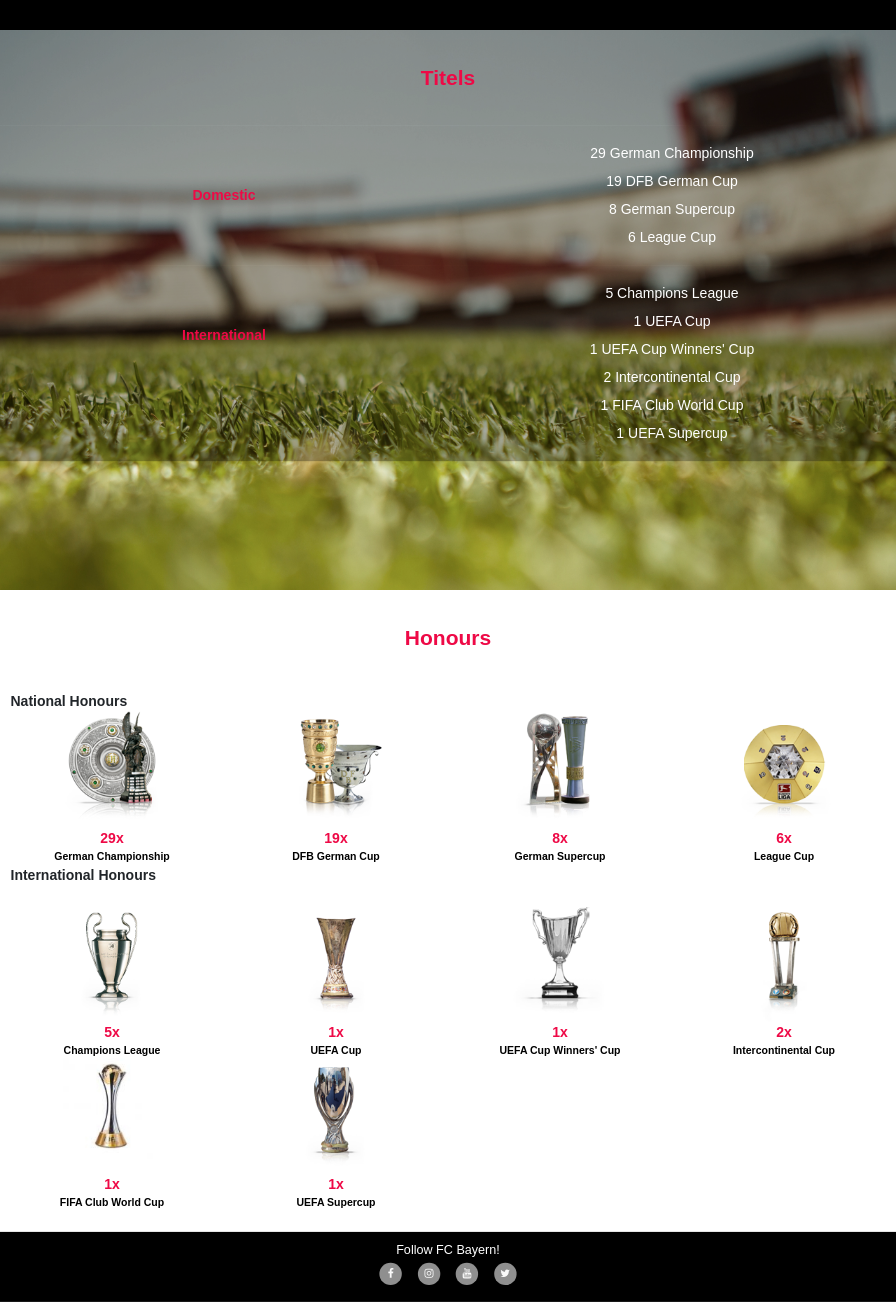
Repository: Code-Institute-Submissions/alnibo-milestone-project-1
Page: about.html
The author's editor kept a record of every edit. The page is drawn from the files as they stood at one moment, then again after the next edit.
The browser window is 1280 px wide. The pictures show the part of the page from y = 957 to 2877 px (the page is 2817 px tall before and 2877 px after), at 70% of full size.
Backgrounds fixed to the window are drawn as part of the page. Some web fonts or font styles are not loaded; a fallback is used.

Above is the page before.

After the next edit:
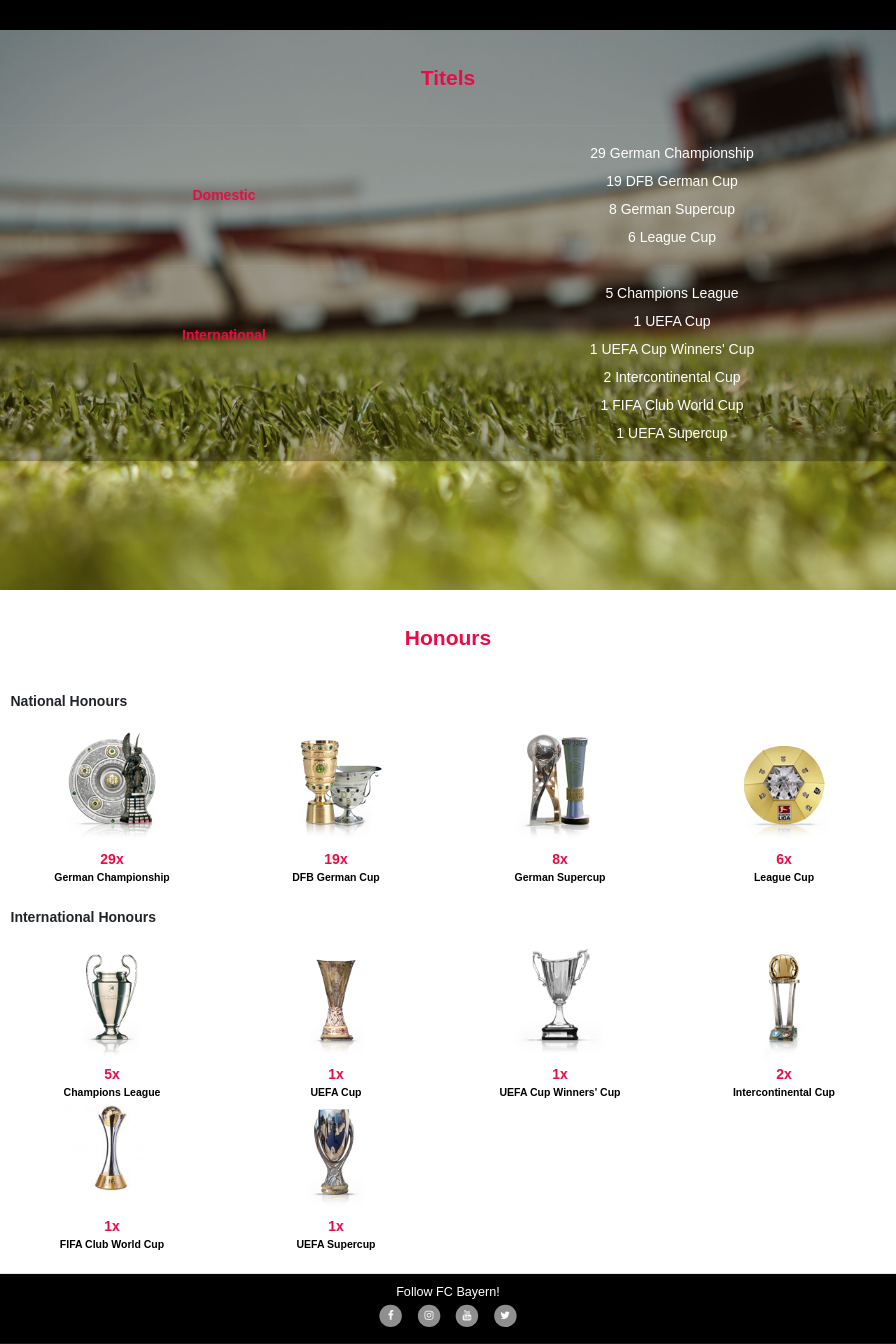
The edit:
--- a/about.html
+++ b/about.html
@@ -114,7 +114,7 @@
         National Honours
     </div>
 
-    <div class="container-fluid container-national">
+    <div class="container-fluid container-honours">
         <div class="row">
             <div class="col-12 col-sm-6 col-md-4 col-lg-3">
                 <div class="row">
